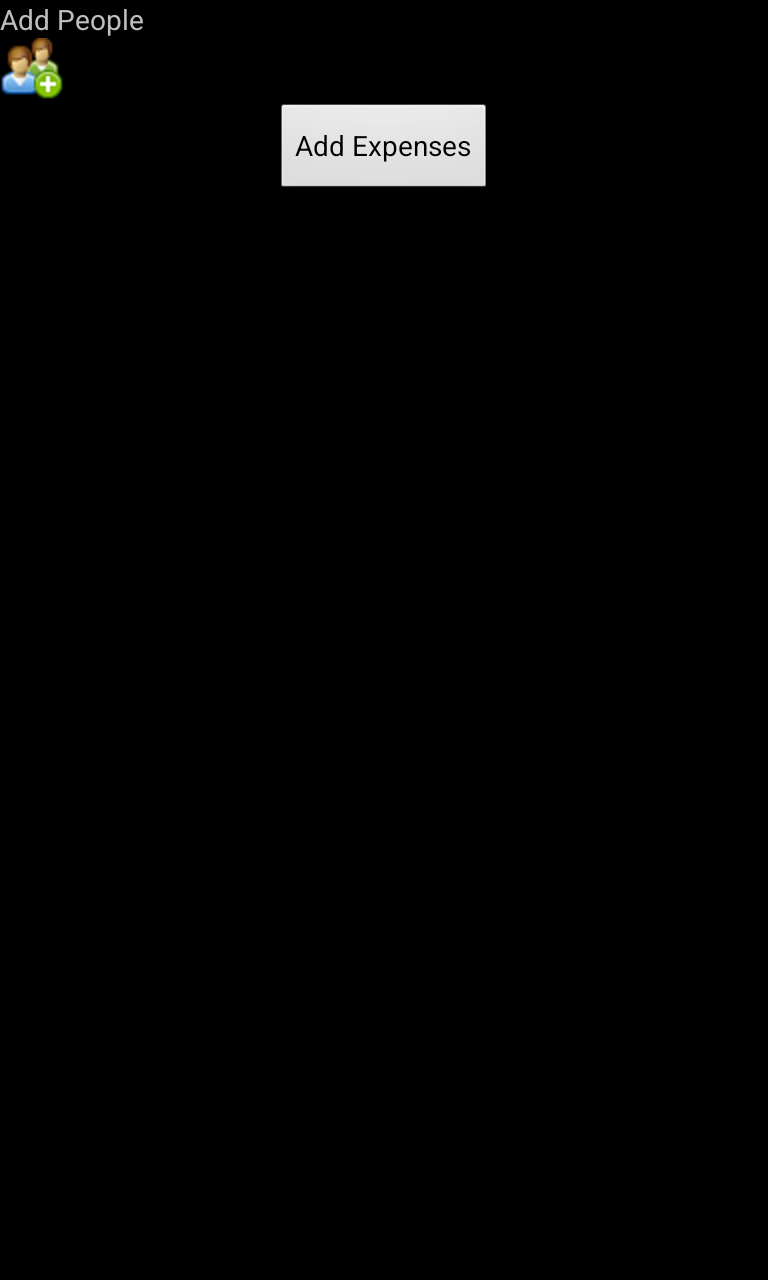
Repository: iyeranan/Expenses
Layout: Expenses/res/layout/main.xml
An editor plug-in stored every save of this project. The layout is shown before and after the next save, followed by the edit.
It is drawn on a 768 x 1280 px phone screen (xhdpi) without system bars, with theme android:Theme; the app's code is not run.

Above is the layout before, as saved 2012-01-16 16:58:25.

After the next save:
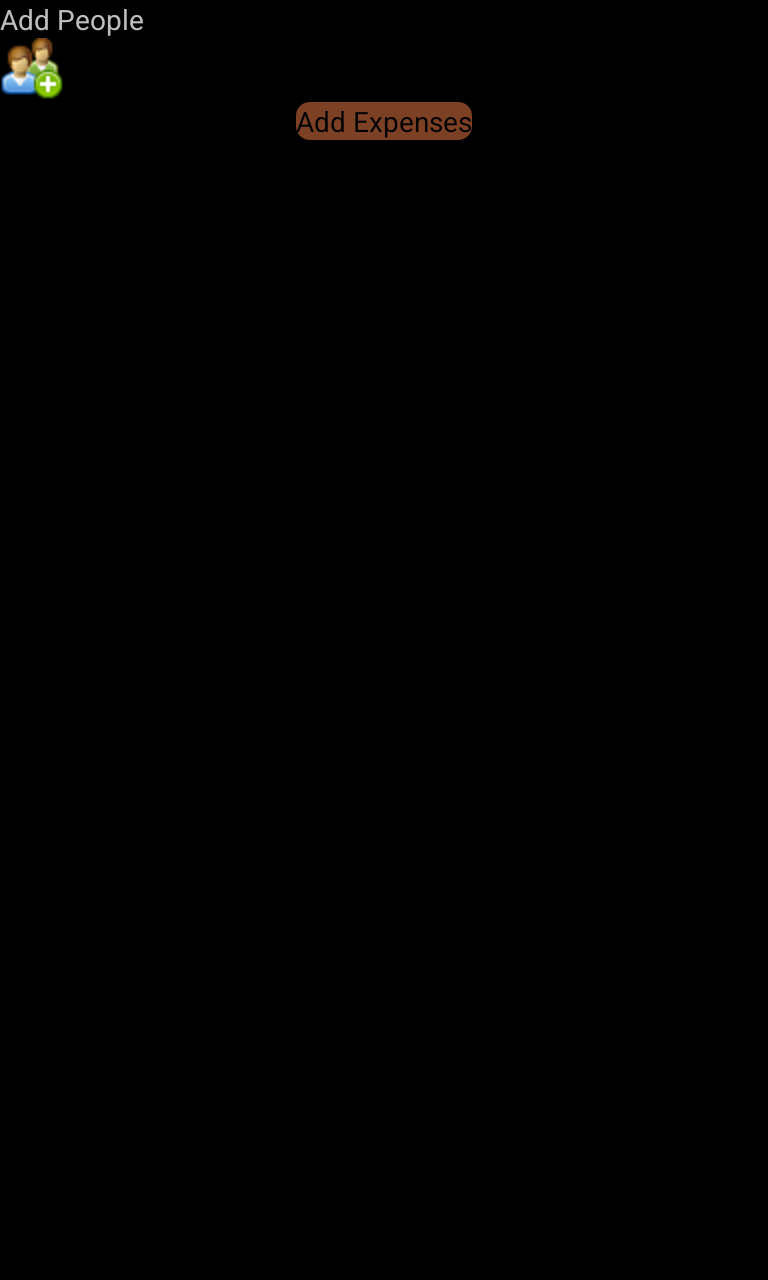
Saved 14 min 7 s later.
--- a/Expenses/res/layout/main.xml
+++ b/Expenses/res/layout/main.xml
@@ -11,6 +11,6 @@
 <Button android:layout_width="wrap_content" android:layout_height="wrap_content" android:background="@drawable/add_person" android:id="@+id/btnAddPeople"></Button>
 <TableLayout android:layout_width="fill_parent" android:layout_height="wrap_content" android:id="@+id/tblPersons">
 </TableLayout>
-<Button android:layout_height="wrap_content" android:layout_width="wrap_content" android:layout_gravity="center_vertical|center_horizontal" android:id="@+id/btnContinue" android:text="Add Expenses"></Button>
+<Button android:layout_height="wrap_content" android:layout_width="wrap_content" android:layout_gravity="center_vertical|center_horizontal" android:id="@+id/btnContinue" android:text="Add Expenses" android:background="@layout/buttonshape"></Button>
 </LinearLayout>
 </ScrollView>
